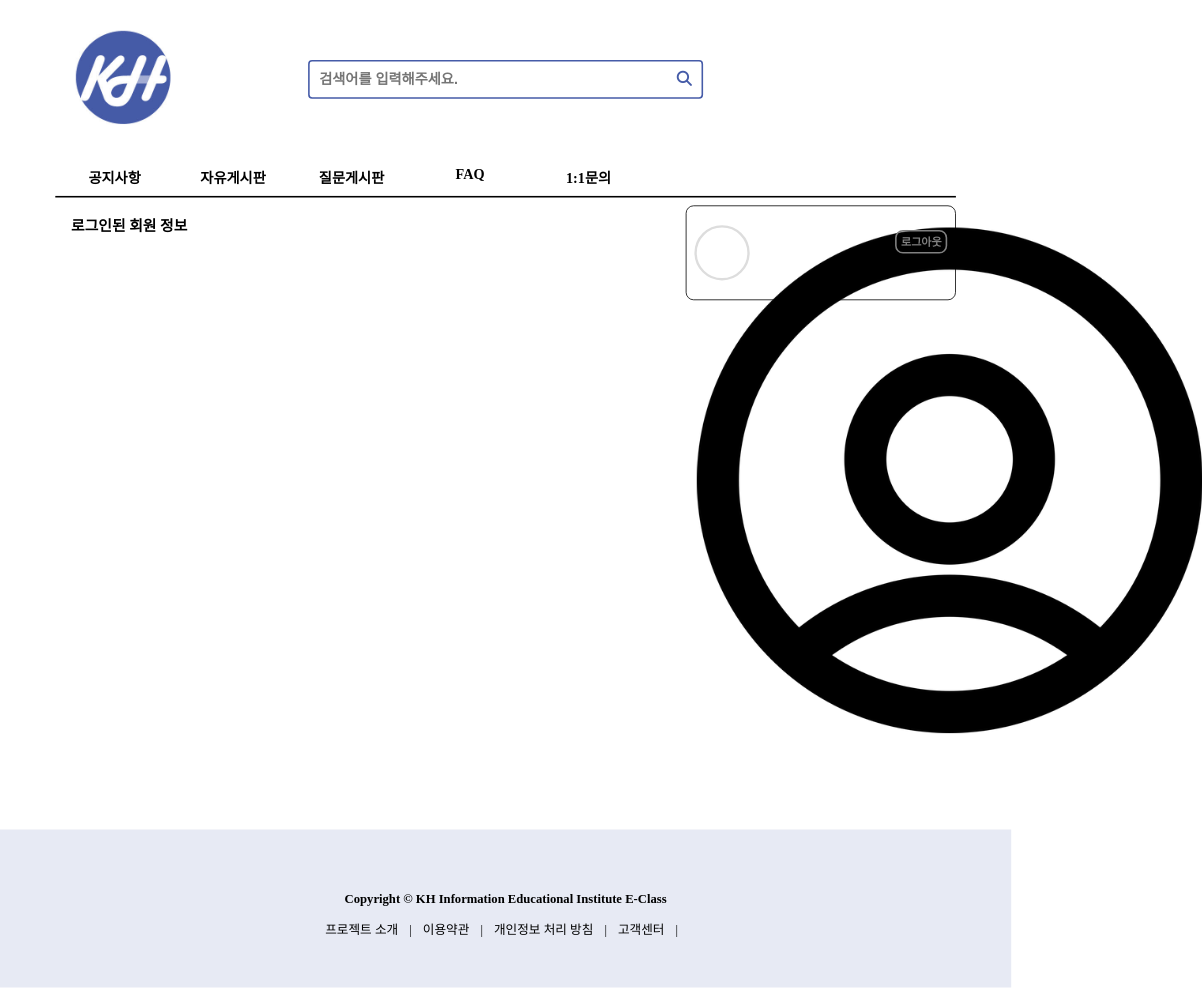
Repository: kdhleppa/server
Page: http://localhost/boardProject/
An editor plug-in stored every save of this project. The page is shown before and after the next save, followed by the edit.
The browser window is 1280 px wide. The page is 1522 px wide, then 1280 px, so the pictures cover 1522 px, including what lies to the right of the window. The pictures show the whole page, at 79% of full size.
Some web libraries are served in a nearby version. The page is served by Tomcat 9. Other server files are loaded and not shown.

Above is the page before, as saved 2023-09-21 07:55:07.

### boardProject/src/main/webapp/index.jsp
<%@ page language="java" contentType="text/html; charset=UTF-8"
    pageEncoding="UTF-8"%>

<%@ taglib prefix="c" uri="http://java.sun.com/jsp/jstl/core"%>
<!DOCTYPE html>
<html>
<head>
<meta charset="UTF-8">
<title>프로젝트</title>

	<link rel="stylesheet" href="/resources/css/main-style.css">
	<script src="https://kit.fontawesome.com/75b9a966ac.js" crossorigin="anonymous"></script>
</head>
<body>
	<main>

		<%-- header.jsp 추가 --%>

		<%--
			<jsp:include page="jsp파일 경로" />

			-jsp 파일 경로는 webapp 폴더 기준으로 작성
			-JSP 액션 태그(jsp에 기본 내장됨)
			-다른 jsp 파일의 코드를 현재 위치에 추가

		--%>

		<jsp:include page="/WEB-INF/views/common/header.jsp" />

        <section class="content">
            <section class="content-1">

            <h3>로그인된 회원 정보</h3>





            </section>

            <!-- 아이디/비밀번호/로그인버튼 영역-->
            <section class="content-2">
            	<c:choose>
            		<%-- 로그인이 안되어있을때 --%>
            		<c:when test="">
	            		<form action="/member/login" method="post" name="login-form" id="loginFrm">
		                    <fieldset class="id-pw-area">
		                        <section>
		                            <input type="text" name="inputEmail" placeholder="이메일">
		                            <input type="password" name="inputPassword" placeholder="비밀번호">
		                        </section>
		                        <section>
		                            <button>로그인</button>
		                        </section>
		                    </fieldset>
		                    <label for="">
		                        <input type="checkbox" name="saveId"> 아이디저장
		                    </label>

		                    <!-- 회원가입/ id/pw 찾기 영역 -->
		                    <section class="signup-find-area">
		                        <a href="#">회원가입</a>
		                        <span>|</span>
		                        <a href="#">ID/PW 찾기</a>
		                    </section>
	               	      </form>
            		</c:when>
            		<%-- 로그인이 되었을때 --%>
            		<c:otherwise>
            			<article class="login-area">

            				<a href="#">
            					<img src="resources/images/user.png">
            				</a>
            				<div class="my-info">
            					<div>
            						<a href="#" id="nickname"></a>
            						<a href="#" id="logoutBtn">로그아웃</a>
            					</div>
            				</div>

            			</article>
            		</c:otherwise>

            	</c:choose>



            </section>
        </section>

    </main>

    <jsp:include page="/WEB-INF/views/common/footer.jsp" />
</body>
</html>

### boardProject/src/main/webapp/WEB-INF/views/common/header.jsp
<%@ page language="java" contentType="text/html; charset=UTF-8"
    pageEncoding="UTF-8"%>


	<header>

            <!-- 클릭 시 메인페이지로 이동하는 로고 -->
            <section>
                <a href="/">
                    <img src="/resources/images/logo.jpg" id="homeLogo">
                </a>
            </section>

            <!-- 검색창 부분 -->
            <section>
                <section class="search-area">

                    <!-- form 내부 input 태그 값을 서버 또는 페이지로 전달 -->
                    <form action="#" name="search-form">

                        <!-- fieldset : form 내부에서 input을 종류별로 묶는 용도로 자주 사용 -->
                        <fieldset>

                            <!-- search : 텍스트 타입과 기능적으로는 똑같으나,
                                브라우저에 의해 다르게 표현될 수 있음 .-->
                            <!-- autocomplete : HTML 기본 자동완성 사용 X -->
                            <input type="search" id="query" name="query"
                                autocomplete="off" placeholder="검색어를 입력해주세요."
                            >
                            <button id= "searchBtn" class="fa-solid fa-magnifying-glass"></button>

                        </fieldset>

                    </form>

                </section>
            </section>

            <section></section>
        </header>

        <nav>
            <ul>
                <li><a href="#">공지사항</a></li>
                <li><a href="#">자유게시판</a></li>
                <li><a href="#">질문게시판</a></li>
                <li><a href="#">FAQ</a></li>
                <li><a href="#">1:1문의</a></li>
            </ul>
        </nav>

### boardProject/src/main/webapp/WEB-INF/views/common/footer.jsp
<%@ page language="java" contentType="text/html; charset=UTF-8"
    pageEncoding="UTF-8"%>


    <footer>
        <p>Copyright &copy; KH Information Educational Institute E-Class </p>

        <section>
            <a href="#">프로젝트 소개</a>
            <span>|</span>
            <a href="#">이용약관</a>
            <span>|</span>
            <a href="#">개인정보 처리 방침</a>
            <span>|</span>
            <a href="#">고객센터</a>
            <span>|</span>

        </section>
    </footer>

### boardProject/src/main/webapp/resources/css/main-style.css
* {
    box-sizing: border-box;
    padding: 0;
    margin: 0;
}

/* div, main, section, header, footer, article, nav, aside, form
{ border : 1px solid black; }  */
/* 다 만들고 삭제 */


main{
    width: 1140px;
    margin : auto;

    /* min-height : 요소의 최소 높이
            -> 내부 요소가 없어도 최소 높이 유지
            -> 내부 요소가 지정된 크기를 초과하면
                그에 맞에 늘어남
    */
    min-height: 500px;
}

/* header */
header{
    height: 200px;
    display: flex;
    flex-direction: row;
}

header > section:nth-child(1){ width: 15%;}
header > section:nth-child(2){ width: 70%;}
header > section:nth-child(3){ width: 15%; }


/* 로고 */
header > section:first-child{
    display: flex;
    justify-content: center;
    align-items: center;
}

#homeLogo{
    width: 120px;
    height: auto; /* 이미지 기본 비율에 맞게 자동 지정 */
}


/* 검색 영역 */
header > section:nth-child(2){
    display: flex;
    justify-content: center;
    align-items: center;
}

.search-area{
    width: 500px;
}

.search-area fieldset{
    border: 2px solid #455ba8;
    padding : 2px;
    border-radius: 5px;
    display: flex;
}

/* 검색 창 */
#query{
    border : none; /* 테두리 없애기 */
    /* outline :
        포커스가 맞춰진 input의 테두리 */
    /* outline : none; */
    outline : 0;
    font-size: 18px;
    font-weight: bold;
    padding : 10px;

    width: 92%;
}

/* 검색 버튼 */
#searchBtn{
    width: 8%;
    cursor: pointer;
    border : none;

    font-size: 1.2em;
    color : #455ba8;
    background-color: white;
}



/* nav */
nav{
    height: 50px;
    position: sticky;
    /* 화면 밖으로 벗어났을 때
        지정된 위치에 고정*/

    top : 0; /* 최상단에 붙임 */

    background-color: white;
    border-bottom: 2px solid black;
    z-index: 1000;
}

nav > ul{
    display: flex;

    /* li 태그 앞에 기호 삭제 */
    list-style: none;
    height: 100%;
}


nav li{
    flex : 0 1 150px;
        /* grow shrink basis */
}

nav a{
    text-decoration: none;
    color : black;
    font-size: 18px;
    font-weight: bold;
    padding : 11px 0;
    display: block;
    text-align: center;

    border-radius: 5px;
    transition-duration: 0.1s;
    height: 100%;
}


nav a:hover{
    color : white;
    background-color: #455ba8;
}




/* content */
.content{
    height: 800px;
    display: flex;

    /* flex 지정 시 기본값 */
    flex-direction: row;
    justify-content: flex-start;
    /* flex-start : flex요소에만 사용 가능한 정렬 방식 */
    /* start : block요소, flex, grid 등에서도 적용 가능한 정렬 방식 */
    align-items: stretch;
}

.content-1{
    flex-basis: 70%;
    padding : 20px;
}
.content-2{ flex-basis: 30%;}

.content-1 > *{
    margin-bottom: 20px;
}

.content-1 > pre{
    font-size: 1rem;
    font-family: '고딕';
}

/* 로그인 영역 */
.content-2 > form{
    height: 150px;
    padding : 10px;
    margin-top : 10px;

    display: flex;

    flex-direction: column;
    justify-content: center;
}

.id-pw-area{
    border: 1px solid #ccc;
    display: flex;

    /* 중심축 방향 크기 지정 */
    flex-basis: 60%;
}

/* id/pw 입력 영역*/
.id-pw-area > section:first-child{
    width: 75%;
    display: flex;
    flex-direction: column;
}

.id-pw-area > section:first-child > input{
    border : 0;
    border-right : 1px solid #ccc;
    flex-basis: 50%;
    outline: none;
    padding: 5px;
}

/* id input 태그 */
input[name='inputEmail']{
    border-bottom : 1px solid #ccc !important;
}

/* id/pw에 초점이 맞춰졌을 때 */
.id-pw-area > section:first-child > input:focus{
    border: 2px solid #455ba8 !important;
}


/* 로그인 버튼 영역 */
.id-pw-area > section:last-child{
    width: 25%;
    display: flex;
    justify-content: center;
}

/* 로그인 버튼 */
.id-pw-area > section:last-child > button{
    width: 100%;
    background-color: white;
    cursor: pointer;
    border : none;
}

/* 로그인 버튼에 마우스가 올라갔을 때 */
.id-pw-area > section:last-child > button:hover{
    background-color: #455ba8;
    color: white;
}

/* 아이디 저장 label */
.content-2 label{
    margin-top: 5px;
    font-size: 14px;
    display: flex;
    padding: 5px 0;
}

input[name='saveId']{
    margin-right: 5px;
}

/* 회원가입, ID/PW 찾기 영역 */
.signup-find-area{
    margin-top: 10px;
    padding-left: 5px;
}

.signup-find-area > a{
    color : black;
    text-decoration: none;
    font-size: 14px;
}

.signup-find-area > span{
    padding: 0 10px;
}




/* footer */
footer{
    height: 200px;
    background-color: #a3add342;
    display: flex;
    flex-direction: column;
    justify-content: center;
    align-items: center;
}

footer > p{
    font-weight: bold;
    margin : 16px 0;
}

footer > article > *{
    font-size: 14px;
}

footer a{
    color:black;
    text-decoration: none;
}

footer span{
    padding : 0 10px;
}


/* ---------------------------------------------------------------------------- */

/* 로그인 성공 시 화면 */
.login-area{
    height: 120px;
    padding: 30px 10px;
    margin: 10px 0;
    border: 1px solid black;
    border-radius: 10px;
    display: flex;
    align-items: center;
}

/* 프로필 이미지 */
#memberProfile{
    width: 64px;
    height: 64px;
    border-radius: 50%;
}


/* 프로필 이미지를 감싸고 있는 a태그 */
.login-area > a{
    display: block;
    width: 70px;
    height: 70px;
    border: 3px solid #ddd;
    border-radius: 50%;
}

/* 회원 정보 + 로그아웃 버튼 영역 설정 */

.my-info{
    width: 100%;
    height: 100%;
    margin-left: 20px;
}

.my-info > div{
    display: flex;
    justify-content: space-between;
}

a{
    text-decoration: none;
    color : black;
}

/* 닉네임 */
#nickname{
    color : black;
    font-size: 20px;
    font-weight: bold;
    letter-spacing: -3px;
}

/* 로그아웃 버튼 */
#logoutBtn{
    color : gray;
    font-size: 14px;
    font-weight: bold;

    border: 2px solid gray;
    padding : 3px 5px;
    border-radius: 10px;
}

#logoutBtn:hover{
    color : white;
    background-color: gray;
}

#logoutBtn:active{
    transform: scale(0.8);
}

/* 내정보 - 이메일 */
.my-info > p{
    margin: 0;
    color : gray;
}


/**********************************/

/* 검색결과 */

.search-page {
	padding : 50px;
	min-height: 1000px;
}

.search-div {
	margin-top: 20px;
	border: 1px solid black;
	border-radius: 20px;
	padding : 20px;
}


.sign-form {
    margin-top: 20px;

}

.sign-form input {
    margin-bottom: 20px;

}

After the next save:
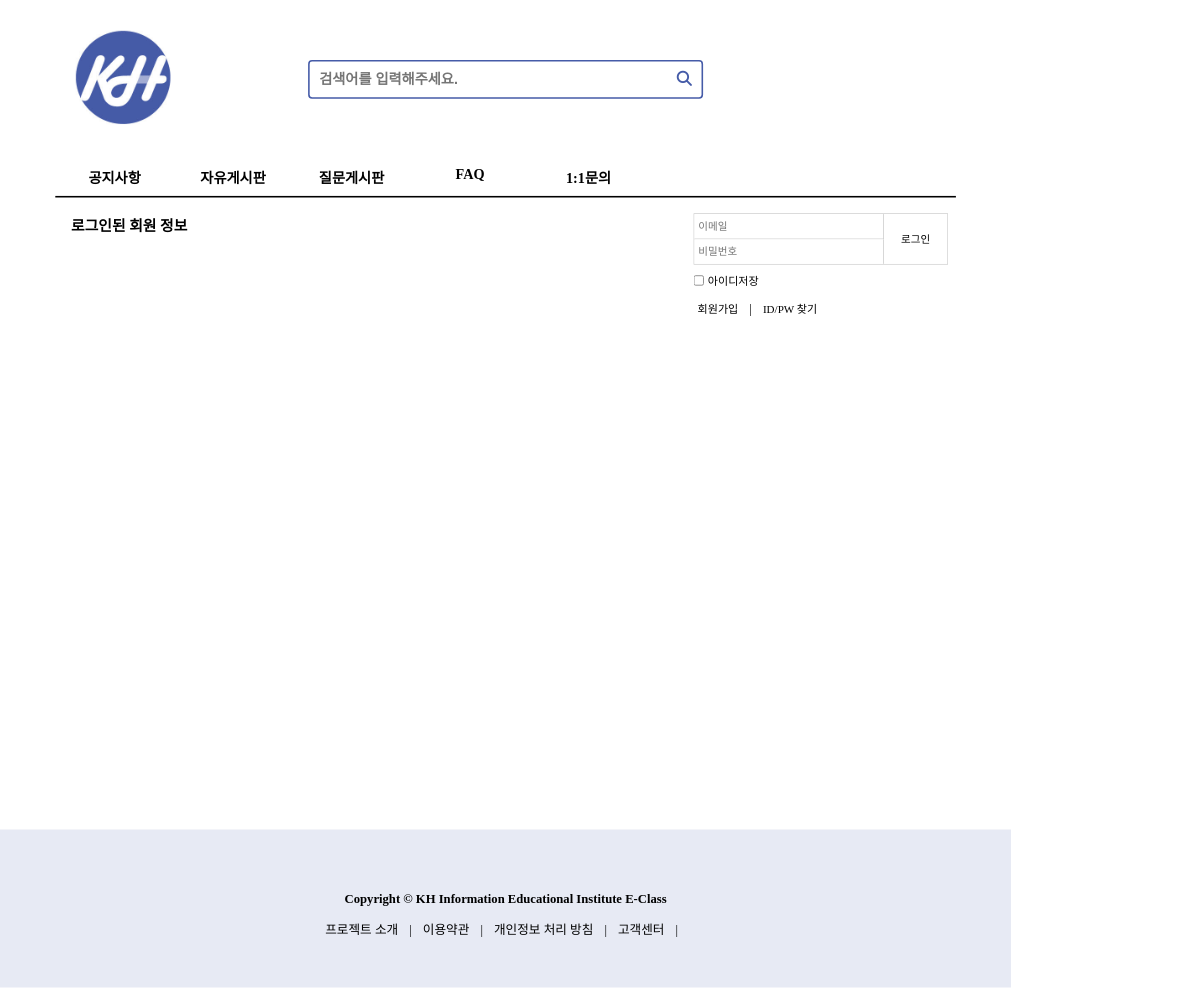
Saved 5 min 22 s later.
--- a/boardProject/src/main/webapp/index.jsp
+++ b/boardProject/src/main/webapp/index.jsp
@@ -42,7 +42,7 @@
             <section class="content-2">
             	<c:choose>
             		<%-- 로그인이 안되어있을때 --%>
-            		<c:when test="">
+            		<c:when test="${true }">
 	            		<form action="/member/login" method="post" name="login-form" id="loginFrm">
 		                    <fieldset class="id-pw-area">
 		                        <section>
